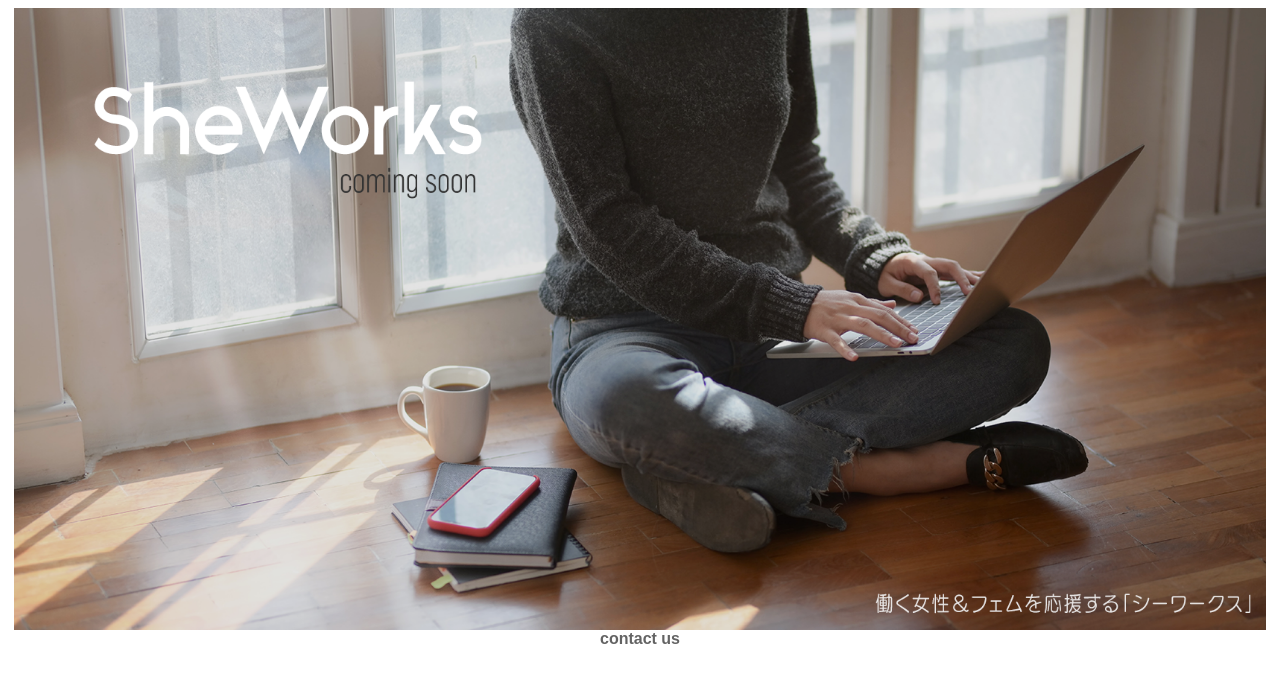
Repository: sheworks/sheworks.github.io
Page: index.html
The author's editor kept a record of every edit. The page is drawn from the files as they stood at one moment, then again after the next edit.
The browser window is 1280 px wide. The pictures show the whole page.

Above is the page before.

### index.html
<!DOCTYPE html>
<html>
    <head>
        <title>SheWorks: coming soon</title>
        <meta charset="UTF-8">
        <meta name="description" content="SheWorks -- for women & femmes in Japan | 働く女性＆フェムを応援する「シーワークス」">
        <meta name="viewport" content="width=device-width, initial-scale:1.0">
        <link rel="stylesheet" href="style.css" type="text/css" />
    </head>
    <body>
        <img src="placeholder.png" alt="SheWorks: coming soon"  class="splash">
        <div>
            <a href="mailto:sheworksjp[@]gmail[.]com">contact us</a>
        </div>
    </body>
</html>

### style.css
/*html {
   width:100%;
   height:100%;
   background:url(placeholder.png) center center no-repeat;
}
*/
.splash {
    display: block;
    margin-left: auto;
    margin-right: auto;
    width: 99%;
}
div a {
    display: block;
    font-family: sans-serif;
    font-weight: 600;
    text-align: center;
    color: #222222;
    opacity: .7;
    text-decoration: none;
}
div a:hover {
    color: #ff6666;
    font-weight: 600;
    opacity: 1.0;
    transition: .5s;
}

After the next edit:
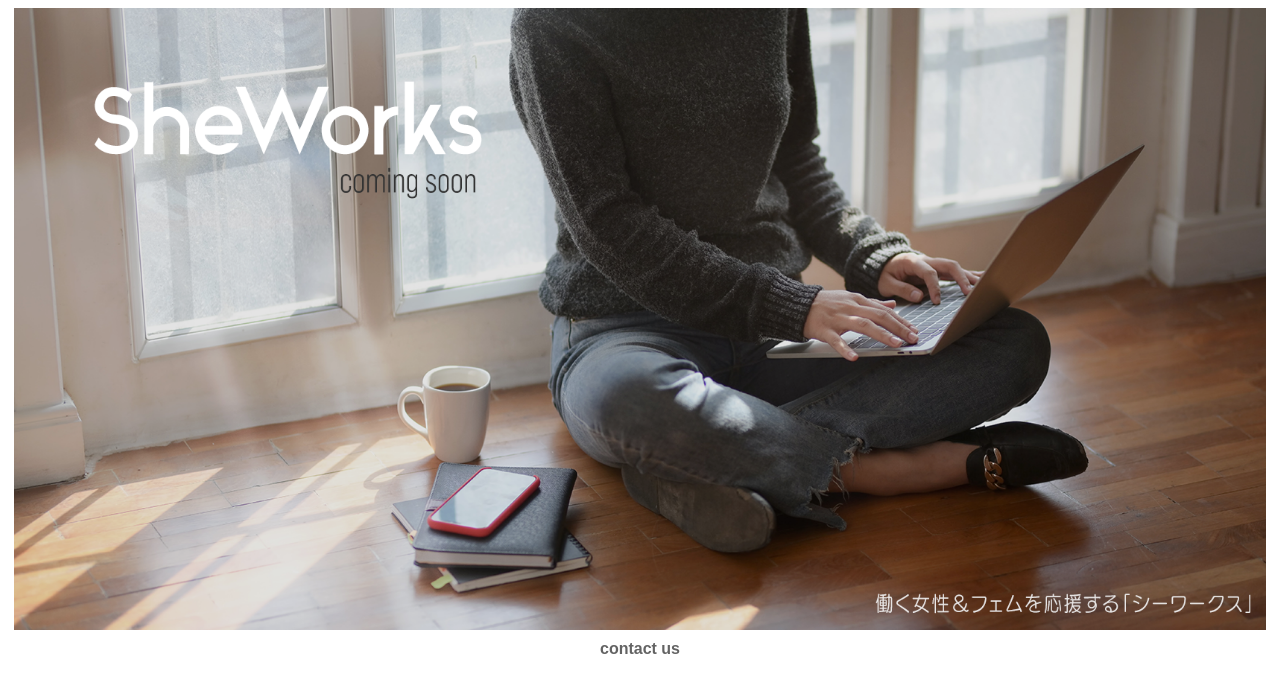
The edit:
--- a/style.css
+++ b/style.css
@@ -6,9 +6,10 @@
 */
 .splash {
     display: block;
+    width: 99%;
     margin-left: auto;
     margin-right: auto;
-    width: 99%;
+    margin-bottom: 10px;
 }
 div a {
     display: block;
